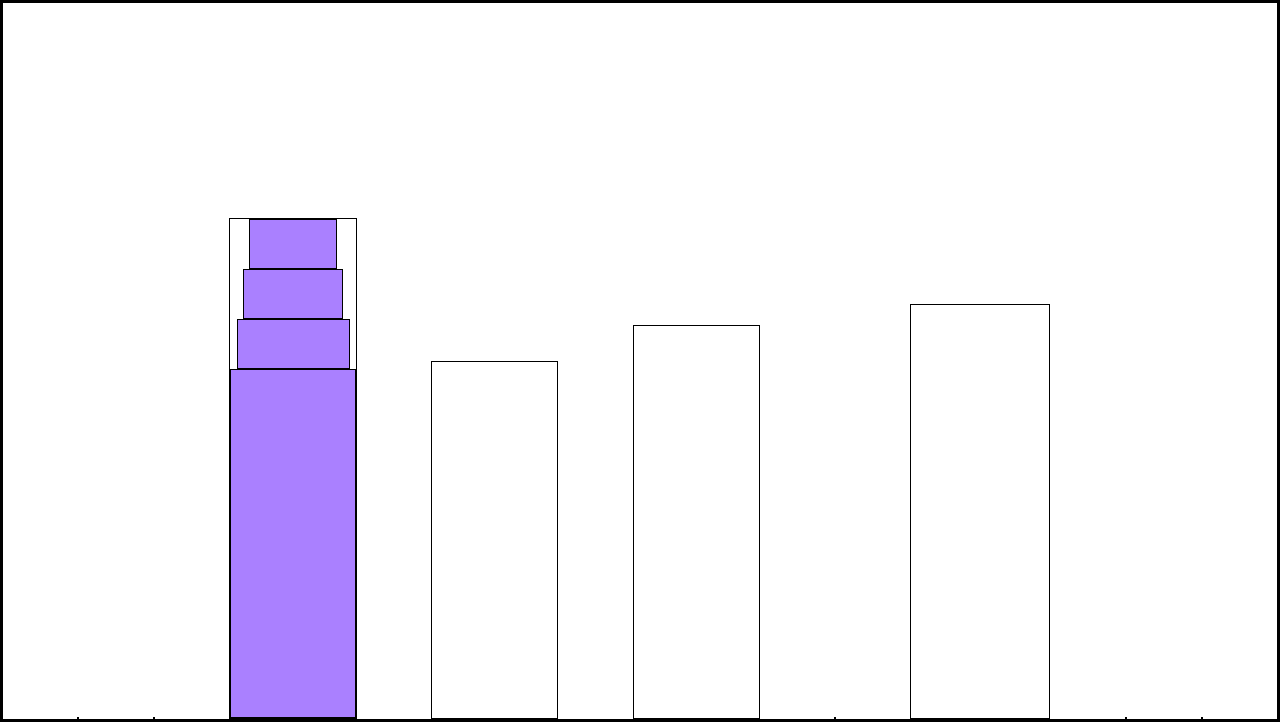
Repository: Lungdjos/city_skyline
Page: index.html
The author's editor kept a copy of each file at every save. The page is drawn from the files as they stood at one save, then again after a run of saves.
The browser window is 1280 px wide. The pictures show the whole page.

Above is the page before, as saved 2023-12-11 10:05:20.

### index.html
<!DOCTYPE html>
<html lang="en">

<head>
    <meta charset="UTF-8">
    <meta name="viewport" content="width=device-width, initial-scale=1.0">
    <title>City Skyline</title>
    <link href="styles.css" rel="stylesheet" />
</head>

<body>
    <div class="background-buildings">
        <div></div>
        <div></div>
        <div class="bb1">
            <div class="bb1a"></div>
            <div class="bb1b"></div>
            <div class="bb1c"></div>
            <div class="bb1d"></div>
        </div>
        <div class="bb2"></div>
        <div class="bb3"></div>
        <div></div>
        <div class="bb4"></div>
        <div></div>
        <div></div>
    </div>
</body>

</html>

### styles.css
* {
    border: 1px solid black;
    box-sizing: border-box;
}

body {
    height: 100vh;
    margin: 0;
    overflow: hidden;
}

.background-buildings {
    width: 100%;
    height: 100%;
    display: flex;
    justify-content: space-evenly;
    align-items: flex-end;
}

.bb1 {
    width: 10%;
    height: 70%;
    display: flex;
    flex-direction: column;
    align-items: center;
    --building-color1: #aa80ff;
    --building-color2: #66cc99;
}

.bb1a {
    width: 70%;
    height: 10%;
    background-color: var(--building-color1);
}

.bb1b {
    width: 80%;
    height: 10%;
    background-color: var(--building-color1);
}

.bb1c {
    width: 90%;
    height: 10%;
    background-color: var(--building-color1);
}

.bb1d {
    width: 100%;
    height: 70%;
    background-color: var(--building-color1);
}

.bb2 {
    height: 50%;
    width: 10%;
    background-color: var(--building-color2, );
}

.bb3 {
    width: 10%;
    height: 55%;
}

.bb4 {
    height: 58%;
    width: 11%;
}

After the next 3 saves:
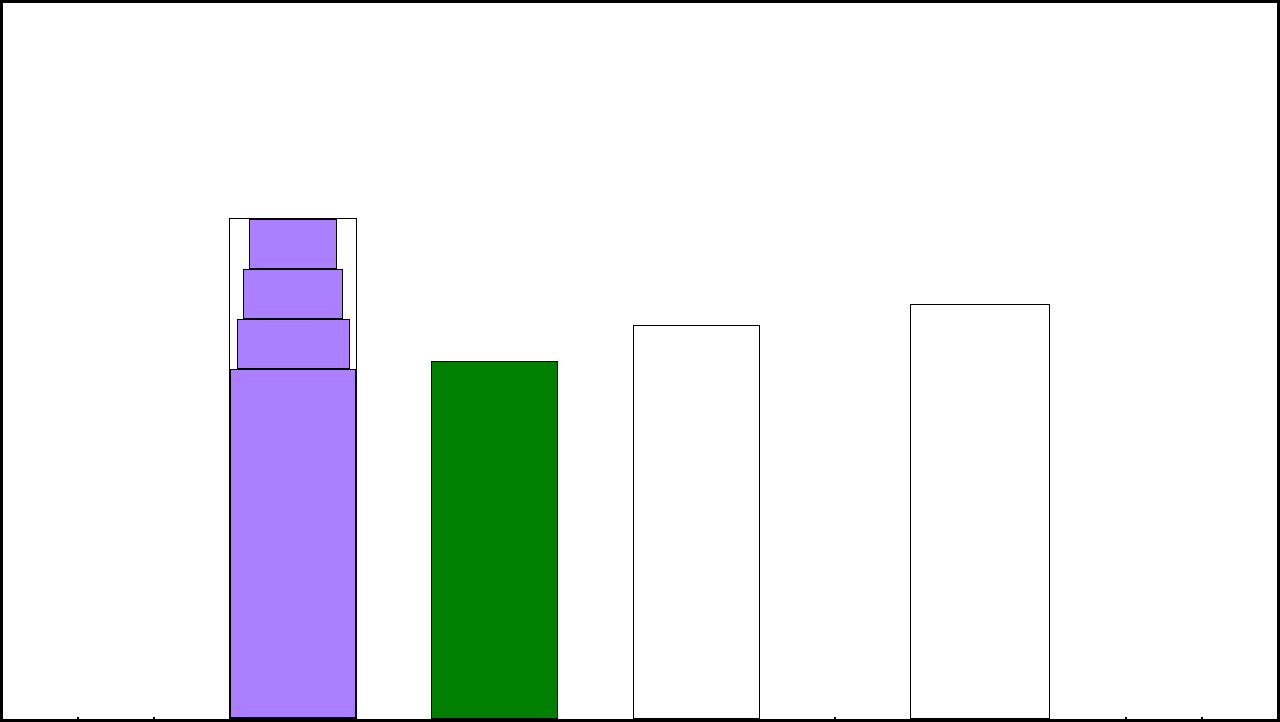
The 3 saves are shown as one change because they came seconds apart.
The last was saved 6 s later.
--- a/styles.css
+++ b/styles.css
@@ -54,7 +54,7 @@ body {
 .bb2 {
     height: 50%;
     width: 10%;
-    background-color: var(--building-color2, );
+    background-color: var(--building-color2, green);
 }
 
 .bb3 {
